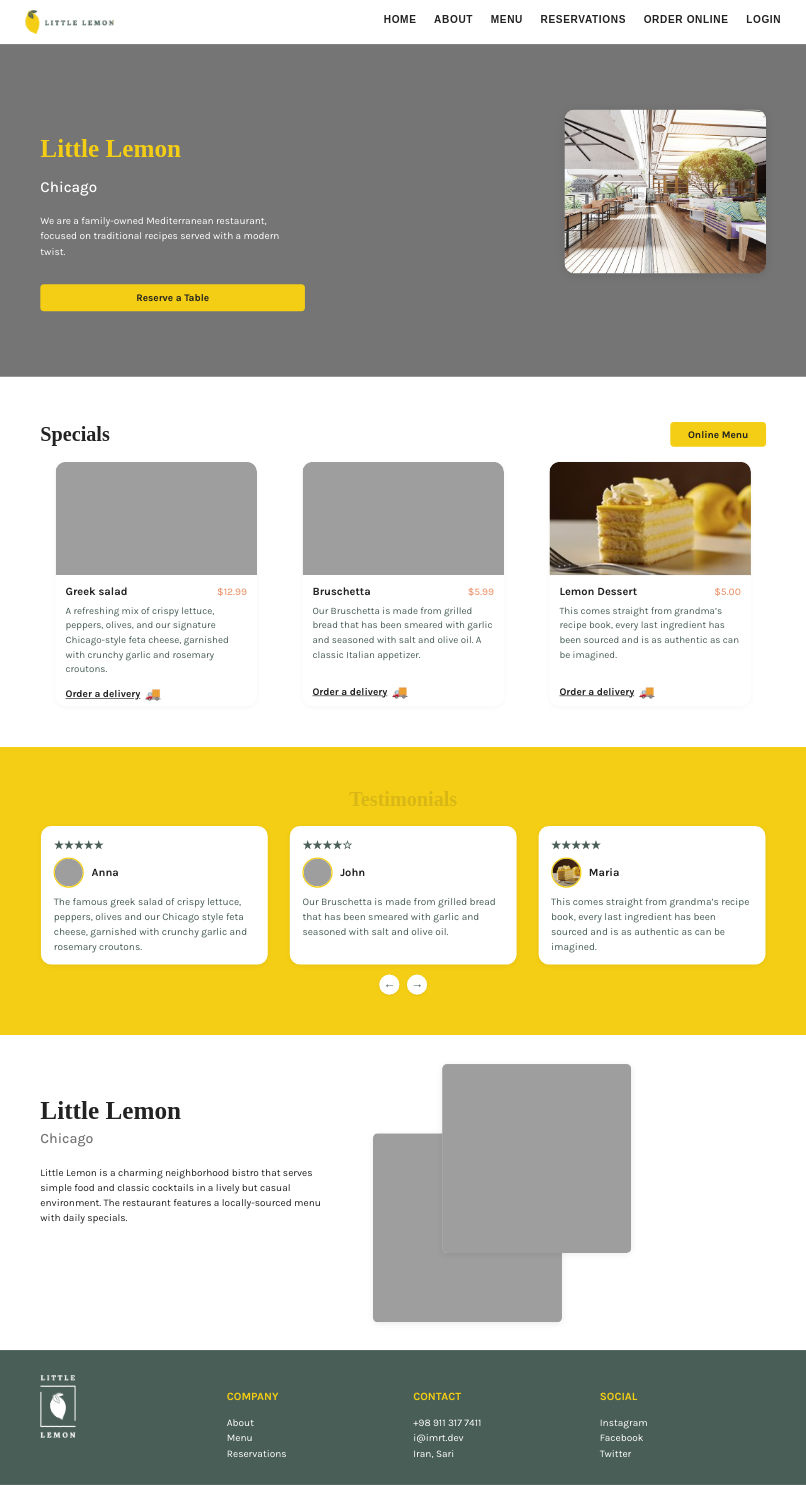
Repository: mrtseven/capstone-little-lemon-mrt
Page: /
An editor plug-in stored every save of this project. The page is shown before and after the next save, followed by the edit.
The browser window is 1280 px wide. The pictures show the whole page, at 63% of full size.
Pictures or frames that could not be fetched are drawn as grey boxes. Some web fonts or font styles are not loaded; a fallback is used. The project was rebuilt for these pictures with package versions that can differ from the ones it lists, and the page was loaded fresh each time. Also part of the build but not shown: src/pages/About.jsx, src/pages/Menu.jsx, src/components/ReservationForm.jsx, src/bookingsAPI.js, src/components/ConfirmedReservation.jsx, src/pages/Reservations.jsx, src/pages/Order.jsx, src/pages/Login.jsx.

Above is the page before, as saved 2025-07-28 20:59:14.

After the next save:
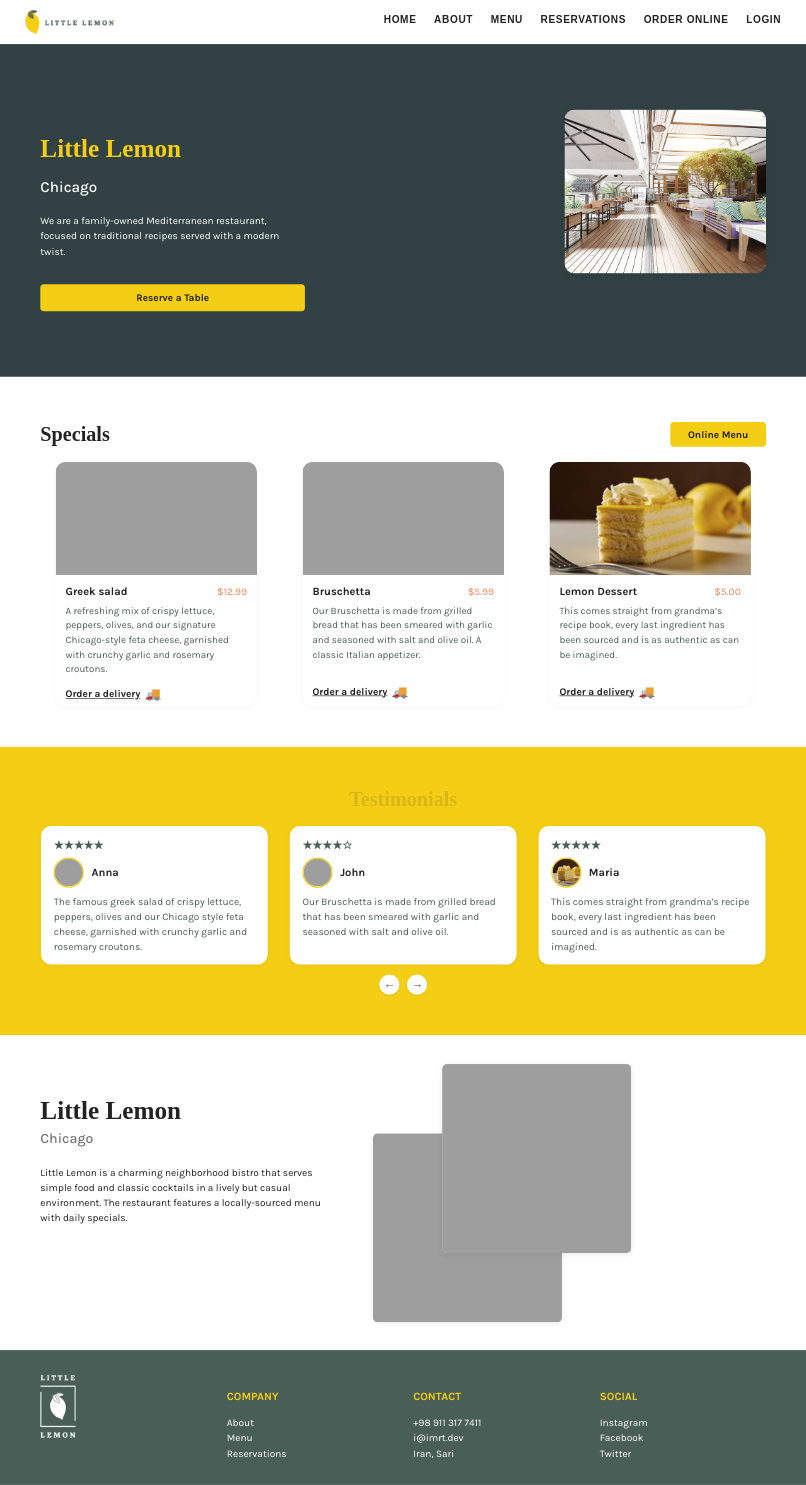
Saved 37 s later.
--- a/src/App.css
+++ b/src/App.css
@@ -268,7 +268,7 @@ p {
 /* Hero Section Styles */
 .hero-section {
   width: 100vw;
-  background: #757575;
+  background: #324244;
   margin: 0;
   padding: 0;
   display: flex;
